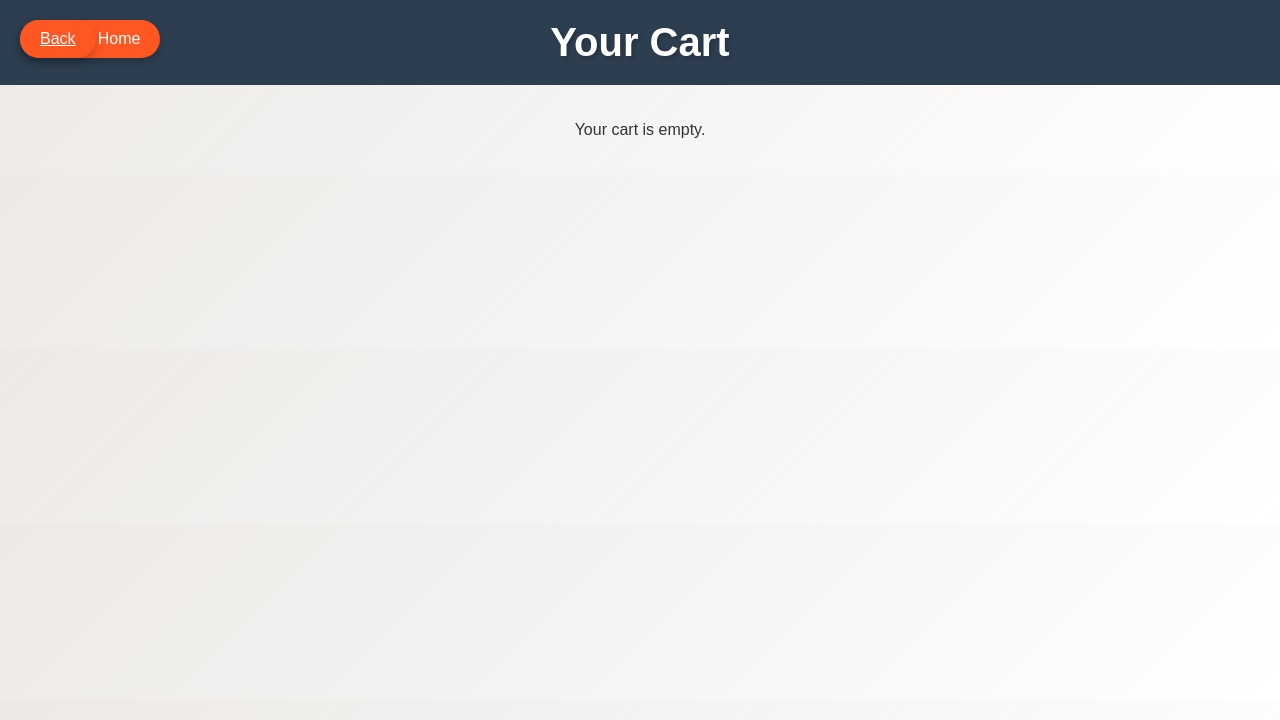
Repository: Masood395/Food-App
Page: http://localhost/FoodApp/cart.jsp
The author's editor kept a copy of each file at every save. The page is drawn from the files as they stood at one save, then again after the next save.
The browser window is 1280 px wide. The pictures show the whole page.
The page is served by Tomcat 9. Other server files are loaded and not shown.

Above is the page before, as saved 2024-11-13 12:04:31.

### FoodApp/src/main/webapp/cart.jsp
<%@ page language="java" contentType="text/html; charset=UTF-8" pageEncoding="UTF-8"%>
<%@ page import="java.util.*" %>
<%@ page import="com.tap.cartitem.CartItem" %>

<!DOCTYPE html>
<html lang="en">
<head>
    <meta charset="UTF-8">
    <title>Your Cart</title>
    <link rel="stylesheet" href="https://cdnjs.cloudflare.com/ajax/libs/font-awesome/5.15.4/css/all.min.css">
    <style>
        /* General Styling */
        body {
            font-family: 'Arial', sans-serif;
            background: linear-gradient(135deg, #ece9e6, #ffffff);
            margin: 0;
            padding: 0;
            color: #333;
        }

        /* Header Styling */
        header {
            background: #2C3E50;
            color: white;
            padding: 20px;
            text-align: center;
        }

        header h1 {
            margin: 0;
            font-size: 2.5em;
            text-shadow: 2px 2px 4px rgba(0, 0, 0, 0.2);
        }

        /* Back Button Styling */
        .back-button {
            position: absolute;
            top: 20px;
            left: 20px;
            padding: 10px 20px;
            background: #FF5722;
            color: white;
            font-size: 1em;
            border: none;
            border-radius: 50px;
            cursor: pointer;
            transition: background 0.3s ease;
            box-shadow: 0 4px 8px rgba(0, 0, 0, 0.2);
        }

        .back-button:hover {
            background: #E64A19;
        }

        /* Container for Cart Items */
        .cart-container {
            display: flex;
            flex-direction: column;
            align-items: center;
            padding: 20px;
            max-width: 1200px;
            margin: 0 auto;
        }

        /* Cart Item Card */
        .cart-item {
            display: flex;
            background: #fff;
            border-radius: 15px;
            overflow: hidden;
            width: 90%;
            max-width: 800px;
            margin-bottom: 20px;
            box-shadow: 0 4px 10px rgba(0, 0, 0, 0.15);
            transition: transform 0.3s ease;
            position: relative;
            animation: slideIn 0.5s ease forwards;
        }

        @keyframes slideIn {
            from { opacity: 0; transform: translateY(20px); }
            to { opacity: 1; transform: translateY(0); }
        }

        .cart-item:hover {
            transform: translateY(-5px);
        }

        .cart-item img {
            width: 200px;
            height: 200px;
            object-fit: cover;
            border-right: 1px solid #ddd;
        }

        .cart-item-details {
            padding: 20px;
            flex: 1;
            display: flex;
            flex-direction: column;
            justify-content: space-between;
        }

        .cart-item h2 {
            font-size: 1.6em;
            color: #333;
            margin: 0 0 10px;
        }

        .cart-item p {
            font-size: 1.1em;
            margin: 5px 0;
        }

        .cart-item .price {
            font-size: 1.4em;
            color: #FF5722;
            font-weight: bold;
        }

        .quantity-selector {
            display: flex;
            align-items: center;
            margin-top: 10px;
        }

        .quantity-selector select {
            padding: 8px;
            border-radius: 5px;
            border: 1px solid #ccc;
            margin-right: 10px;
            font-size: 1em;
        }

        /* Button Styles */
        .button-container {
            display: flex;
            justify-content: space-between;
            margin-top: 10px;
        }

        .update-button, .remove-button {
            background: #E74C3C;
            color: white;
            padding: 10px 15px;
            font-size: 1em;
            border: none;
            border-radius: 30 ```jsp
px;
            cursor: pointer;
            transition: background 0.3s ease;
        }

        .update-button:hover {
            background: #C0392B;
        }

        .remove-button {
            background: #FF5722;
        }

        .remove-button:hover {
            background: #E64A19;
        }

        /* Total Price Section */
        .total-section {
            font-size: 1.5em;
            font-weight: bold;
            margin-top: 20px;
            color: #333;
            text-align: center;
        }

        .checkout-button {
            display: inline-block;
            background: #28a745;
            color: white;
            padding: 15px 30px;
            font-size: 1.2em;
            border-radius: 50px;
            text-align: center;
            cursor: pointer;
            transition: background 0.3s ease;
            margin-top: 20px;
            text-decoration: none;
        }

        .checkout-button:hover {
            background: #218838;
        }

        /* Responsive Design */
        @media (max-width: 600px) {
            .cart-item {
                flex-direction: column;
                align-items: flex-start;
            }

            .cart-item img {
                width: 100%;
                height: auto;
            }

            .quantity-selector {
                margin-top: 10px;
            }
        }
    </style>
</head>
<body>

<header>
    <h1>Your Cart</h1>
    <button class="back-button" onclick="window.location.href='getMenu.jsp';">Back to Home</button>
</header>

<div class="cart-container">
    <a href="javascript:history.back()" class="back-button">Back</a>

    <%
        Map<Integer, CartItem> cart = (Map<Integer, CartItem>) session.getAttribute("cart");
        double total = 0;
        if (cart != null && !cart.isEmpty()) {
            for (CartItem item : cart.values()) {
                double itemTotal = item.getPrice() * item.getQuantity();
                total += itemTotal;
    %>
        <div class="cart-item">
            <img src="<%= item.getImage() %>" alt="<%= item.getName() %>">
            <div class="cart-item-details">
                <h2><%= item.getName() %></h2>
                <p>Restaurant: <%= item.getRestaurant() %></p>
                <p class="price">$<%= String.format("%.2f", item.getPrice()) %></p>
                <p>Quantity: <%= item.getQuantity() %></p>
                <p>Subtotal: $<%= String.format("%.2f", itemTotal) %></p>
                <div class="quantity-selector">
                    <form action="updateCart" method="post">
                        <select name="quantity" onchange="this.form.submit()">
                            <% for (int i = 1; i <= 10; i++) { %>
                                <option value="<%= i %>" <%= i == item.getQuantity() ? "selected" : "" %>><%= i %></option>
                            <% } %>
                        </select>
                        <input type="hidden" name="itemId" value="<%= item.getItemId() %>">
                    </form>
                </div>
                <div class="button-container">
                    <form action="updateCart" method="post">
                        <button type="submit" class="update-button">Update</button>
                    </form>
                    <form action="removeItem" method="post">
                        <input type="hidden" name="itemId" value="<%= item.getItemId() %>">
                        <button type="submit" class="remove-button">Remove</button>
                    </form>
                </div>
            </div>
        </div>
    <%
            }
    %>
        <div class="total-section">
            <p>Total: $<%= String.format("%.2f", total) %></p>
            <a href="checkout.jsp" class="checkout-button">Proceed to Checkout</a>
        </div>
    <%
        } else {
    %>
        <p>Your cart is empty.</p>
    <%
        }
    %>
</div>

</body>
</html>

After the next save:
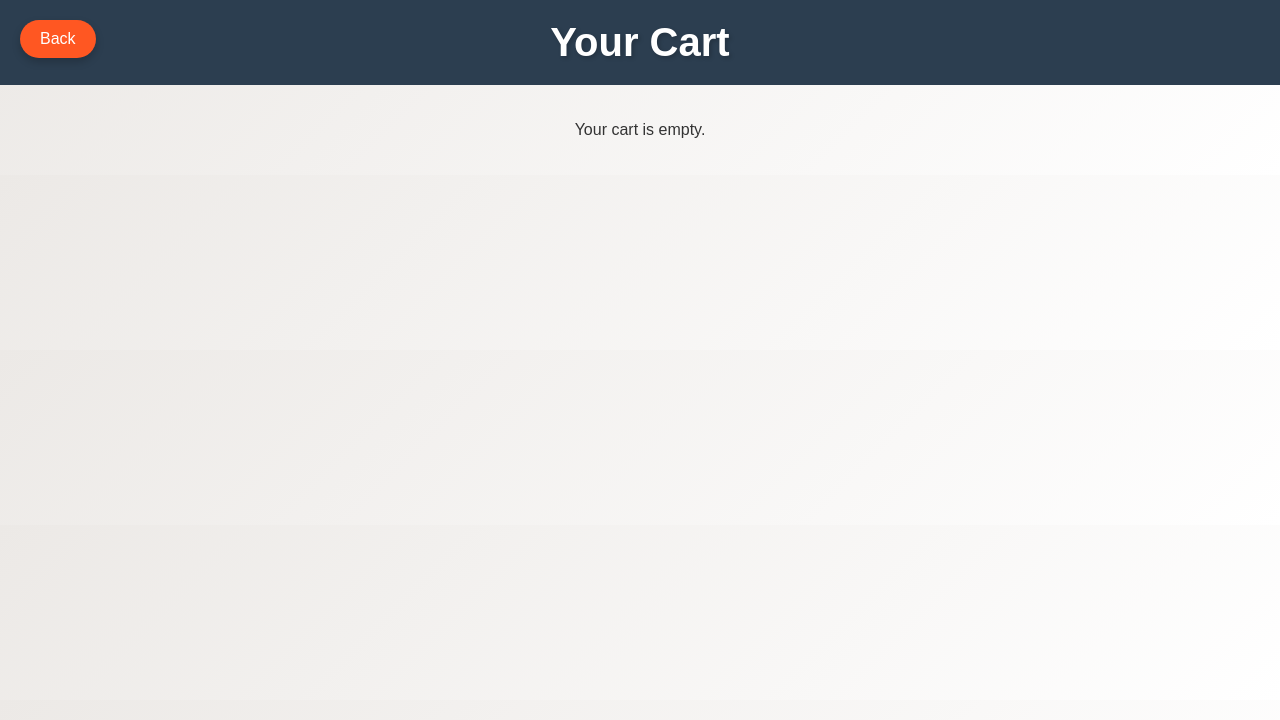
Saved 36 s later.
--- a/FoodApp/src/main/webapp/cart.jsp
+++ b/FoodApp/src/main/webapp/cart.jsp
@@ -212,11 +212,11 @@ px;
 
 <header>
     <h1>Your Cart</h1>
-    <button class="back-button" onclick="window.location.href='getMenu.jsp';">Back to Home</button>
+    <button class="back-button" onclick="window.location.href='getMenu.jsp';">Back</button>
 </header>
 
 <div class="cart-container">
-    <a href="javascript:history.back()" class="back-button">Back</a>
+    <!-- <a href="javascript:history.back()" class="back-button">Back</a> -->
 
     <%
         Map<Integer, CartItem> cart = (Map<Integer, CartItem>) session.getAttribute("cart");
